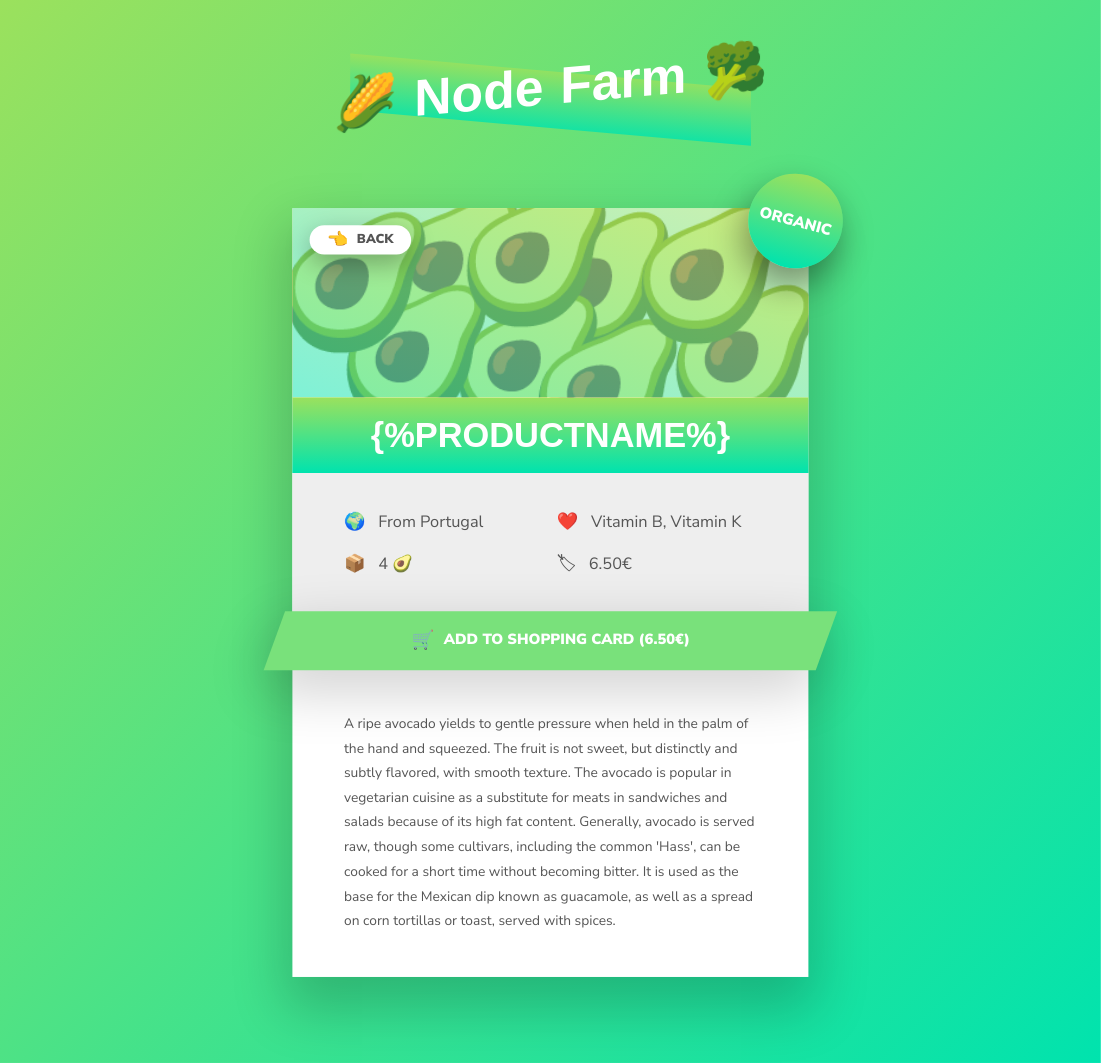
Repository: Kaii-Dev/NODEJS-by-JONAS
Page: 1-node-farm/starter/templates/product.html
These files come from the project's save history. The page is drawn as it stood at one moment and after the next save; the edit follows.
The browser window is 1280 px wide. The pictures show the whole page, at 86% of full size.
Some web fonts or font styles are not loaded; a fallback is used.

Above is the page before, as saved 2022-08-03 13:45:36.

After the next save:
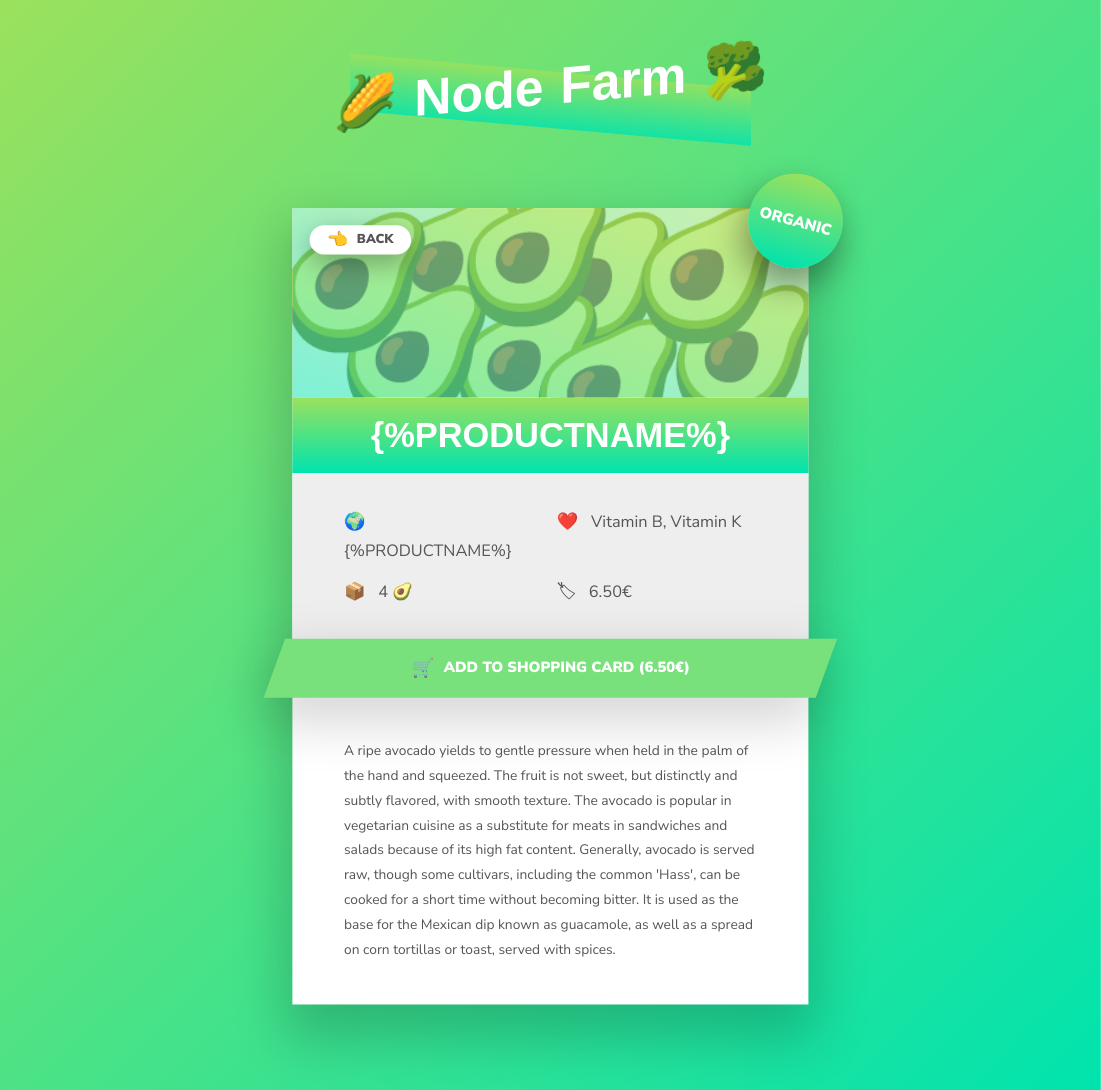
Saved 30 s later.
--- a/1-node-farm/starter/templates/product.html
+++ b/1-node-farm/starter/templates/product.html
@@ -287,7 +287,7 @@
         </div>
         <h2 class="product__name">{%PRODUCTNAME%}</h2>
         <div class="product__details">
-          <p><span class="emoji-left">🌍</span> From Portugal</p>
+          <p><span class="emoji-left">🌍</span> {%PRODUCTNAME%}</p>
           <p><span class="emoji-left">❤️</span> Vitamin B, Vitamin K</p>
           <p><span class="emoji-left">📦</span> 4 🥑</p>
           <p><span class="emoji-left">🏷</span> 6.50€</p>
